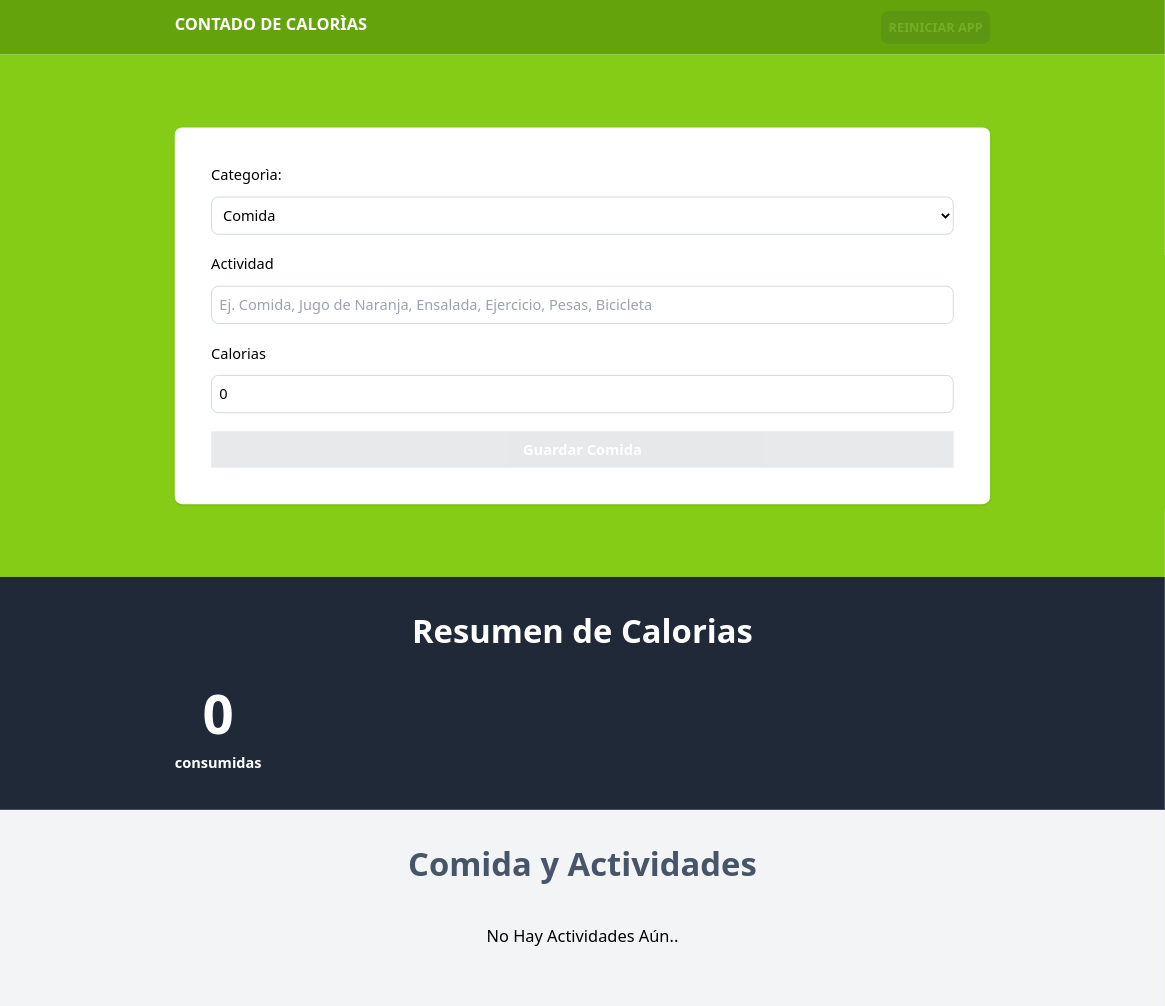
Repository: Matiiu/calorie-tracker
Page: /
An editor plug-in stored every save of this project. The page is shown before and after the next save, followed by the edit.
The browser window is 1280 px wide. The pictures show the whole page, at 91% of full size.
The project was rebuilt for these pictures with package versions that can differ from the ones it lists, and the page was loaded fresh each time. Also part of the build but not shown: vite.config.ts.

Above is the page before, as saved 2024-04-01 22:36:06.

After the next save:
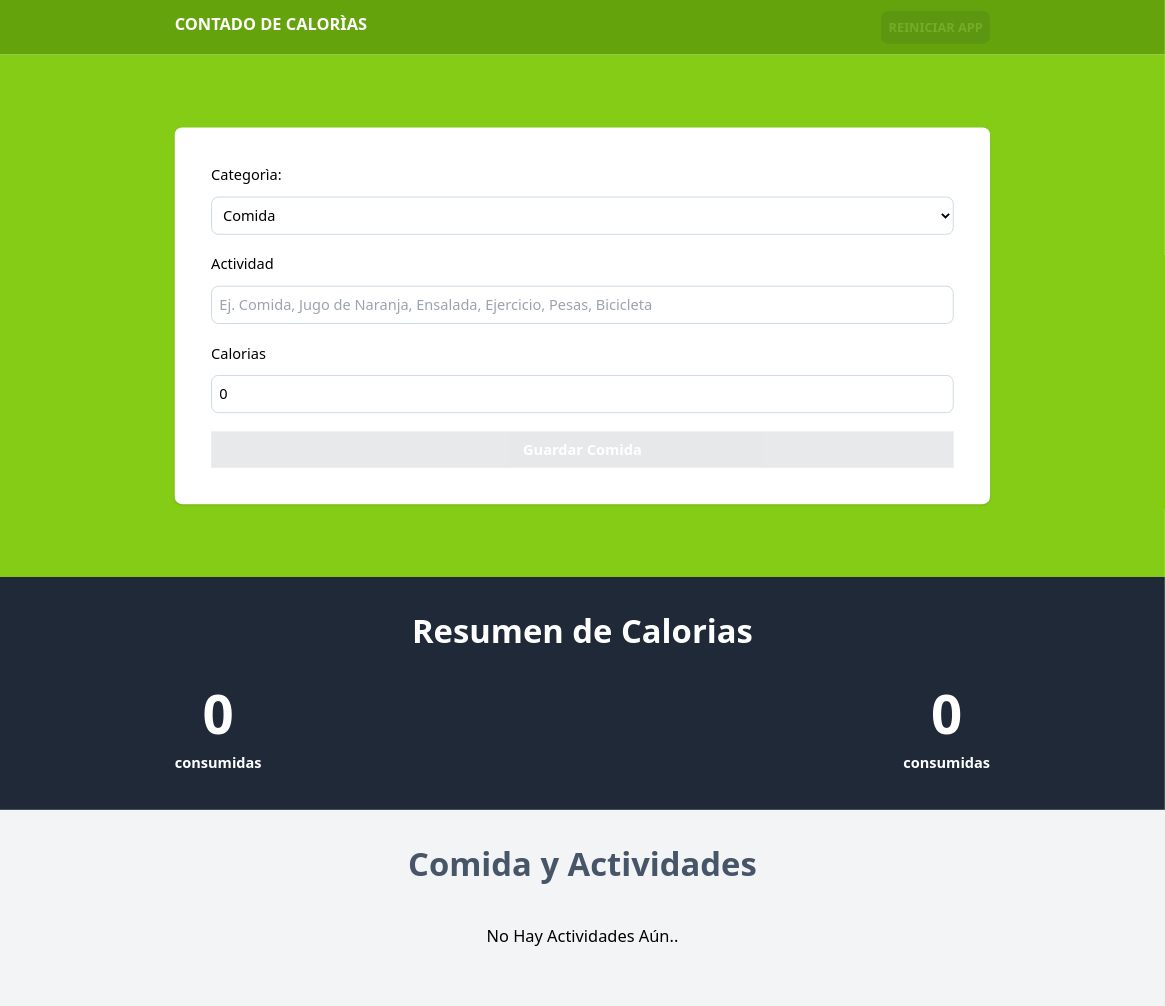
Saved 10 s later.
--- a/src/components/CaloriesTracker.tsx
+++ b/src/components/CaloriesTracker.tsx
@@ -40,6 +40,13 @@ export default function CaloriesTracker({ activities }: CaloriesTrackerProps) {
           </span>
           consumidas
         </p>
+
+        <p className="text-white font-bold rounded-full grid grid-cols-1 gap-3 text-center">
+          <span className="font-black text-6xl text-orange">
+            {caloriesCosumed}
+          </span>
+          consumidas
+        </p>
       </div>
     </>
   );
